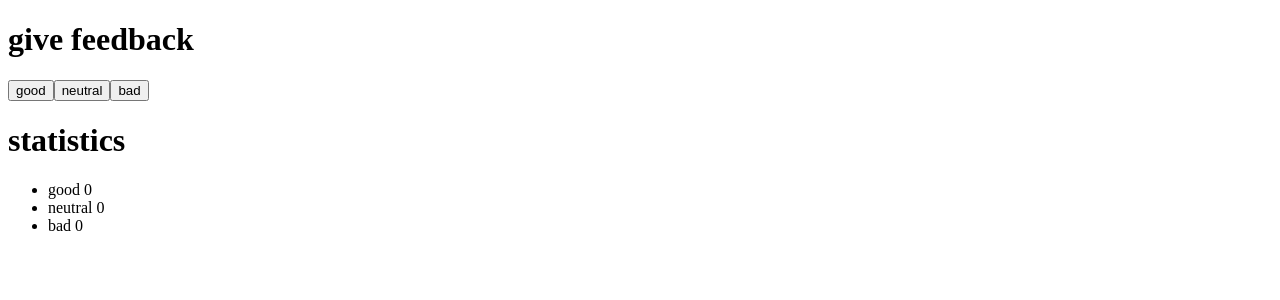
Repository: mariocapitbrok/helsinki-fullstack
Page: / (app in part1/unicafe/)
The author's editor kept a copy of each file at every save. The page is drawn from the files as they stood at one save, then again after the next save.
The browser window is 1280 px wide. The pictures show the whole page.
The project was rebuilt for these pictures with package versions that can differ from the ones it lists, and the page was loaded fresh each time.

Above is the page before, as saved 2022-01-09 06:53:03.

After the next save:
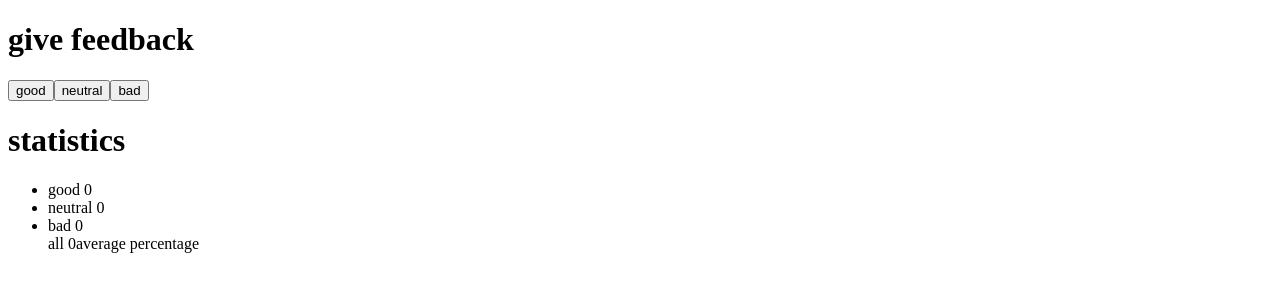
Saved 10 min 17 s later.
--- a/part1/unicafe/src/App.js
+++ b/part1/unicafe/src/App.js
@@ -12,11 +12,17 @@ const App = () => {
   const [good, setGood] = useState(0)
   const [neutral, setNeutral] = useState(0)
   const [bad, setBad] = useState(0)
+  const [total, setTotal] = useState(0)
+
+  const handleGood = () => {
+    setGood(good + 1)
+    setTotal(good + neutral + bad)
+  }
 
   return (
     <div>
       <h1>give feedback</h1>
-      <Button onClick={() => setGood(good + 1)} text="good" />
+      <Button onClick={handleGood} text="good" />
       <Button onClick={() => setNeutral(neutral + 1)} text="neutral" />
       <Button onClick={() => setBad(bad + 1)} text="bad" />
       <h1>statistics</h1>
@@ -24,6 +30,9 @@ const App = () => {
         <List title="good" value={good} />
         <List title="neutral" value={neutral} />
         <List title="bad" value={bad} />
+        all {total}
+        average {}
+        percentage {}
       </ul>
     </div>
   )
